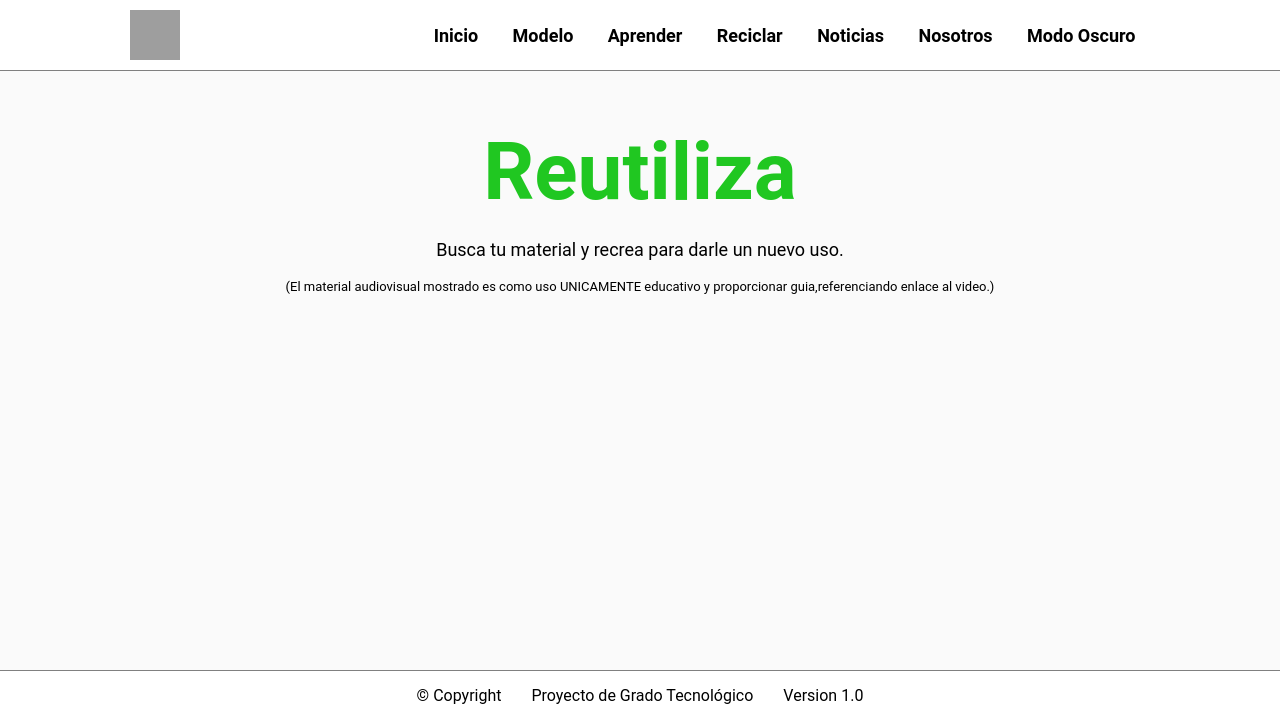
Repository: castecabas/Recicladora
Page: src/templates/recycle_pages/reuse.html
The author's editor kept a copy of each file at every save. The page is drawn from the files as they stood at one save, then again after the next save.
The browser window is 1280 px wide. The pictures show the whole page.
Pictures or frames that could not be fetched are drawn as grey boxes. The page is served by the project's application, run on Flask 3 (src/index.py). The template is opened directly, without the code that normally fills it, so the values that code supplies are empty.

Above is the page before, as saved 2025-01-03 18:33:45.

After the next save:
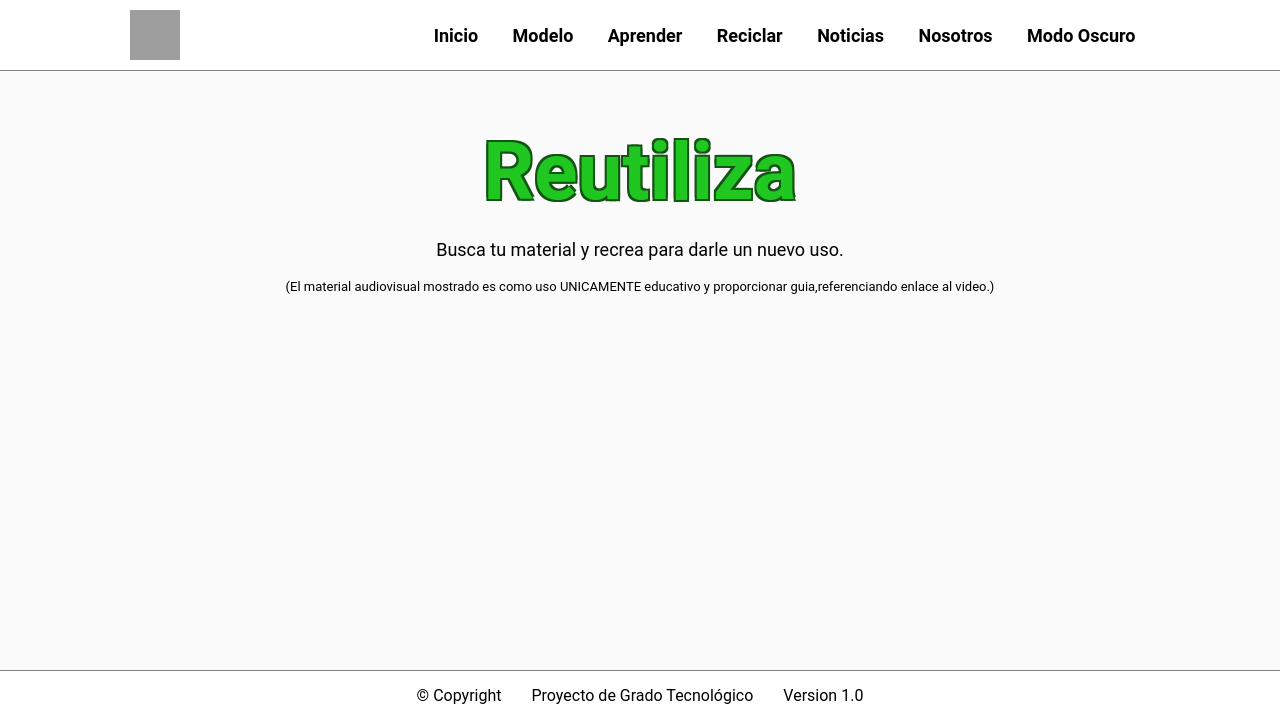
Saved 17 s later.
--- a/src/static/css/reuse.css
+++ b/src/static/css/reuse.css
@@ -32,6 +32,8 @@ body {
   color: var(--verde-500);
   font-size: 500%;
   margin-bottom: 20px;
+  text-shadow: -2px -2px 0 var(--verde-900), -2px 2px 0 var(--verde-900), 2px -2px 0 var(--verde-900),
+    2px 2px 0 var(--verde-900);
 }
 
 .main-div span {
